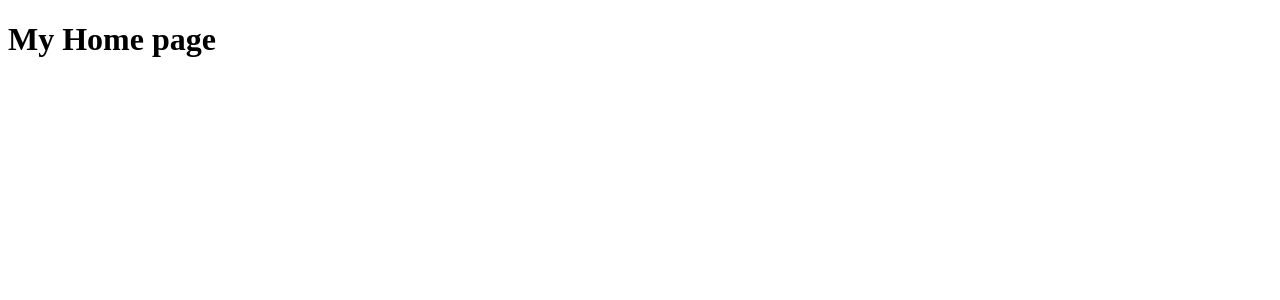
Repository: dan-10/Deloitte
Page: DeloitteTrainig/SpringMVCDemo/WebContent/Index.html
An editor plug-in stored every save of this project. The page is shown before and after the next save, followed by the edit.
The browser window is 1280 px wide. The pictures show the whole page.

Above is the page before, as saved 2019-08-01 08:49:52.

### DeloitteTrainig/SpringMVCDemo/WebContent/Index.html
<!DOCTYPE html>
<html>
<head>
<meta charset="ISO-8859-1">
<title>Insert title here</title>
</head>
<body>
<h1>My Home page</h1>
</body>
</html>

After the next save:
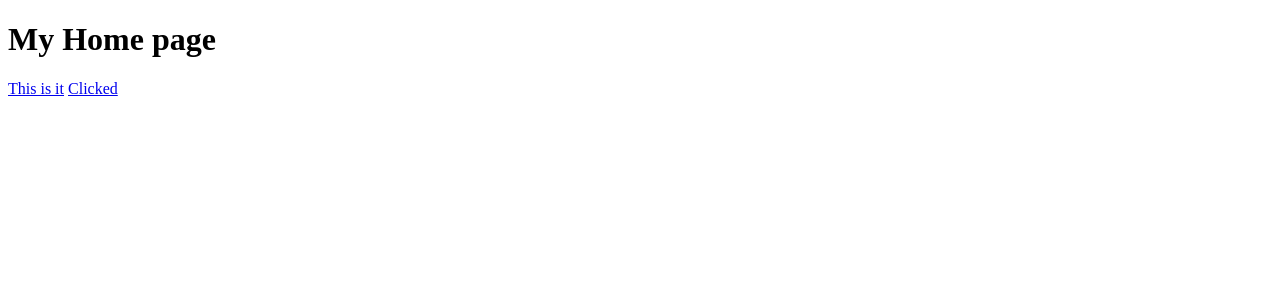
Saved 9 min 10 s later.
--- a/DeloitteTrainig/SpringMVCDemo/WebContent/Index.html
+++ b/DeloitteTrainig/SpringMVCDemo/WebContent/Index.html
@@ -6,5 +6,7 @@
 </head>
 <body>
 <h1>My Home page</h1>
+<a href = "self">This is it</a>
+<a href = "a.do">Clicked</a>
 </body>
 </html>
